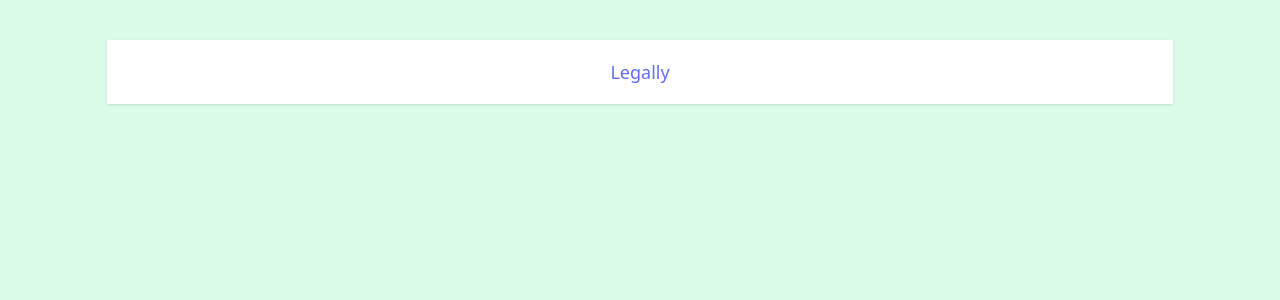
Repository: OdinPie/legal-search-acmeai
Page: / (app in legal-frontend/)
An editor plug-in stored every save of this project. The page is shown before and after a run of saves, followed by the edit.
The browser window is 1280 px wide. The pictures show the whole page.
The project was rebuilt for these pictures with package versions that can differ from the ones it lists, and the page was loaded fresh each time. Also part of the build but not shown: legal-frontend/vite.config.js, legal-frontend/src/components/SearchSection.jsx.

Above is the page before, as saved 2025-11-05 16:10:15.

After the next 3 saves:
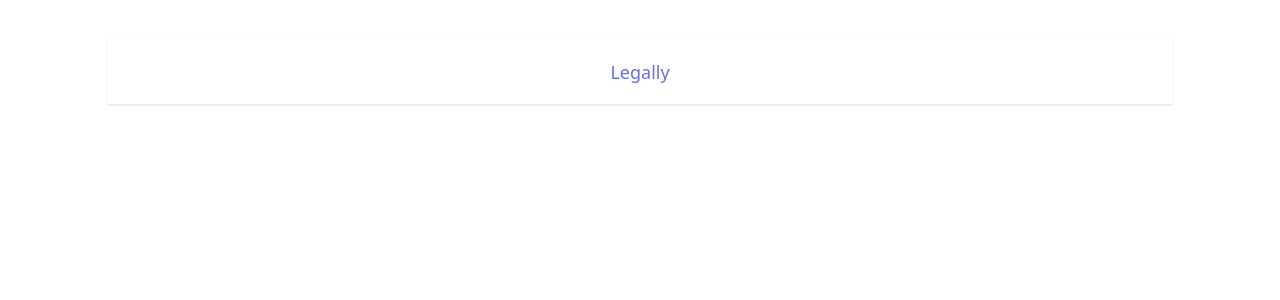
The 3 saves are shown as one change because they came seconds apart.
The last was saved 3 min 6 s later.
--- a/legal-frontend/src/pages/Home.jsx
+++ b/legal-frontend/src/pages/Home.jsx
@@ -3,7 +3,7 @@
 import Navbar from '../components/Navbar';
 const Home = () => {
     return (
-        <div className='bg-green-100 h-screen w-screen'>
+        <div className='bg-gr h-screen w-screen'>
             <Navbar></Navbar>
             {/* <SearchSection></SearchSection> */}
             {/* Your Legal Library, Simplified.
